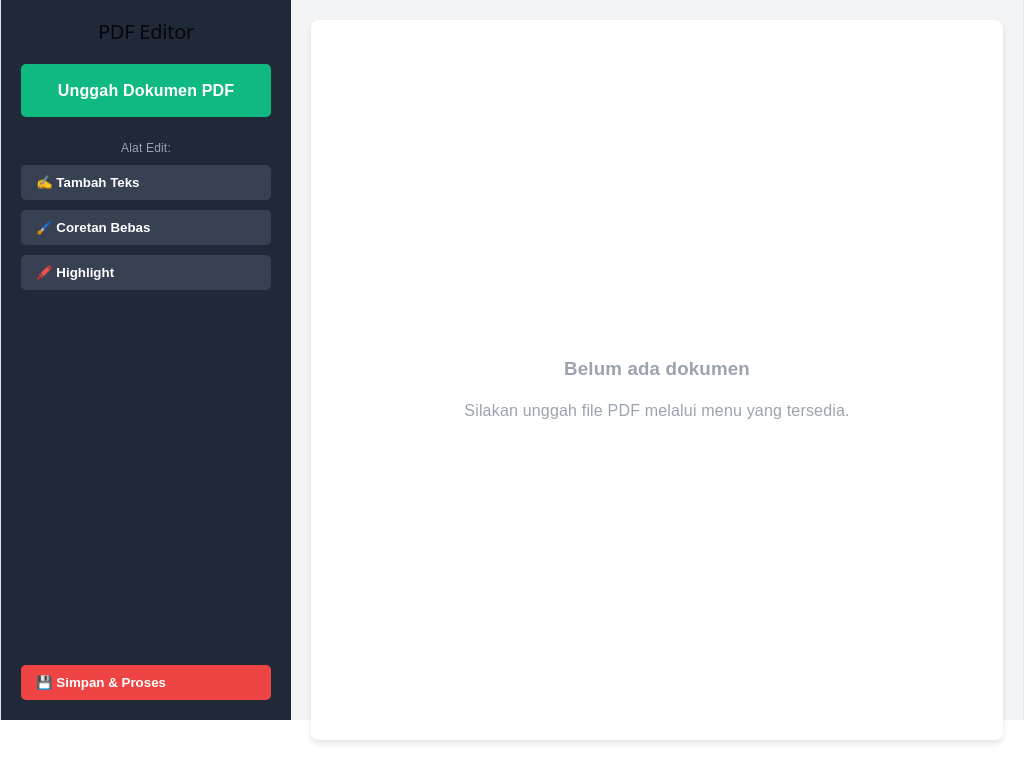
Repository: IkhsanMoekhtar/pdf_editor
Page: /
The author's editor kept a copy of each file at every save. The page is drawn from the files as they stood at one save, then again after the next save.
The browser window is 1024 px wide. The pictures show the whole page.
The project was rebuilt for these pictures with package versions that can differ from the ones it lists, and the page was loaded fresh each time. Also part of the build but not shown: vite.config.js.

Above is the page before, as saved 2026-03-18 04:41:09.

### index.html
<!doctype html>
<html lang="en">
  <head>
    <meta charset="UTF-8" />
    <link rel="icon" type="image/svg+xml" href="/favicon.svg" />
    <meta name="viewport" content="width=device-width, initial-scale=1.0" />
    <title>frontend-pdf</title>
  </head>
  <body>
    <div id="root"></div>
    <script type="module" src="/src/main.jsx"></script>
  </body>
</html>

### src/index.css
:root {
  --text: #6b6375;
  --text-h: #08060d;
  --bg: #fff;
  --border: #e5e4e7;
  --code-bg: #f4f3ec;
  --accent: #aa3bff;
  --accent-bg: rgba(170, 59, 255, 0.1);
  --accent-border: rgba(170, 59, 255, 0.5);
  --social-bg: rgba(244, 243, 236, 0.5);
  --shadow:
    rgba(0, 0, 0, 0.1) 0 10px 15px -3px, rgba(0, 0, 0, 0.05) 0 4px 6px -2px;

  --sans: system-ui, 'Segoe UI', Roboto, sans-serif;
  --heading: system-ui, 'Segoe UI', Roboto, sans-serif;
  --mono: ui-monospace, Consolas, monospace;

  font: 18px/145% var(--sans);
  letter-spacing: 0.18px;
  color-scheme: light dark;
  color: var(--text);
  background: var(--bg);
  font-synthesis: none;
  text-rendering: optimizeLegibility;
  -webkit-font-smoothing: antialiased;
  -moz-osx-font-smoothing: grayscale;

  @media (max-width: 1024px) {
    font-size: 16px;
  }
}

@media (prefers-color-scheme: dark) {
  :root {
    --text: #9ca3af;
    --text-h: #f3f4f6;
    --bg: #16171d;
    --border: #2e303a;
    --code-bg: #1f2028;
    --accent: #c084fc;
    --accent-bg: rgba(192, 132, 252, 0.15);
    --accent-border: rgba(192, 132, 252, 0.5);
    --social-bg: rgba(47, 48, 58, 0.5);
    --shadow:
      rgba(0, 0, 0, 0.4) 0 10px 15px -3px, rgba(0, 0, 0, 0.25) 0 4px 6px -2px;
  }

  #social .button-icon {
    filter: invert(1) brightness(2);
  }
}

body {
  margin: 0;
}

#root {
  width: 1126px;
  max-width: 100%;
  margin: 0 auto;
  text-align: center;
  border-inline: 1px solid var(--border);
  min-height: 100svh;
  display: flex;
  flex-direction: column;
  box-sizing: border-box;
}

h1,
h2 {
  font-family: var(--heading);
  font-weight: 500;
  color: var(--text-h);
}

h1 {
  font-size: 56px;
  letter-spacing: -1.68px;
  margin: 32px 0;
  @media (max-width: 1024px) {
    font-size: 36px;
    margin: 20px 0;
  }
}
h2 {
  font-size: 24px;
  line-height: 118%;
  letter-spacing: -0.24px;
  margin: 0 0 8px;
  @media (max-width: 1024px) {
    font-size: 20px;
  }
}
p {
  margin: 0;
}

code,
.counter {
  font-family: var(--mono);
  display: inline-flex;
  border-radius: 4px;
  color: var(--text-h);
}

code {
  font-size: 15px;
  line-height: 135%;
  padding: 4px 8px;
  background: var(--code-bg);
}

### src/App.jsx
import React, { useState } from 'react';
import './App.css'; // Mengimpor file CSS yang baru dibuat

function App() {
  const [pdfFile, setPdfFile] = useState(null);
  const [activeTool, setActiveTool] = useState(null);

  const handleFileUpload = (event) => {
    const file = event.target.files[0];
    if (file && file.type === 'application/pdf') {
      const fileUrl = URL.createObjectURL(file);
      setPdfFile(fileUrl);
    } else {
      alert("Mohon unggah file dengan format PDF.");
    }
  };

  const handleToolClick = (toolName) => {
    setActiveTool(toolName);
    if (toolName === 'save') {
      alert("Ini akan mengirim file ke backend Golang nanti!");
      setActiveTool(null);
    }
  };

  return (
    <div className="app-container">

      {/* BAGIAN SIDEBAR (Kiri di Desktop, Atas di HP) */}
      <div className="sidebar">
        <h2 style={{ margin: '0 0 20px 0', textAlign: 'center' }}>PDF Editor</h2>

        <label className="upload-label">
          Unggah Dokumen PDF
          <input type="file" accept="application/pdf" style={{ display: 'none' }} onChange={handleFileUpload} />
        </label>

        <p style={{ fontSize: '12px', color: '#9ca3af', marginBottom: '5px' }}>Alat Edit:</p>

        <div className="tools-group">
          {/* Tambahkan class 'active' jika tool sedang dipilih */}
          <button
            className={`tool-btn ${activeTool === 'text' ? 'active' : ''}`}
            onClick={() => handleToolClick('text')}
          >
            ✍️ Tambah Teks
          </button>
          <button
            className={`tool-btn ${activeTool === 'draw' ? 'active' : ''}`}
            onClick={() => handleToolClick('draw')}
          >
            🖌️ Coretan Bebas
          </button>
          <button
            className={`tool-btn ${activeTool === 'highlight' ? 'active' : ''}`}
            onClick={() => handleToolClick('highlight')}
          >
            🖍️ Highlight
          </button>
        </div>

        <button
          className="tool-btn save-btn"
          onClick={() => handleToolClick('save')}
        >
          💾 Simpan & Proses
        </button>
      </div>

      {/* BAGIAN UTAMA (Kanan di Desktop, Bawah di HP) */}
      <div className="main-content">
        <div className="viewer-container">
          {pdfFile ? (
            <iframe
              src={pdfFile}
              width="100%"
              height="100%"
              title="PDF Viewer"
              style={{ border: 'none' }}
            />
          ) : (
            <div style={{ color: '#9ca3af', textAlign: 'center', padding: '20px' }}>
              <h3>Belum ada dokumen</h3>
              <p>Silakan unggah file PDF melalui menu yang tersedia.</p>
            </div>
          )}
        </div>
      </div>

    </div>
  );
}

export default App;

### src/App.css
/* --- TATA LETAK UTAMA (DESKTOP) --- */
.app-container {
  display: flex;
  height: 100vh;
  font-family: sans-serif;
  background-color: #f3f4f6;
  flex-direction: row; /* Menyamping: Kiri sidebar, kanan viewer */
}

.sidebar {
  width: 250px;
  background-color: #1f2937;
  color: white;
  padding: 20px;
  display: flex;
  flex-direction: column;
  flex-shrink: 0;
}

.main-content {
  flex: 1;
  display: flex;
  flex-direction: column;
  padding: 20px;
  height: 100%;
}

/* --- ELEMEN DI DALAM SIDEBAR --- */
.upload-label {
  padding: 15px;
  background-color: #10b981;
  color: white;
  text-align: center;
  border-radius: 5px;
  cursor: pointer;
  font-weight: bold;
  margin-bottom: 20px;
  display: block;
}

.tools-group {
  display: flex;
  flex-direction: column;
  gap: 10px;
  margin-bottom: 20px;
}

.tool-btn {
  padding: 10px 15px;
  background-color: #374151;
  color: white;
  border: none;
  border-radius: 5px;
  cursor: pointer;
  text-align: left;
  font-weight: bold;
  transition: background 0.2s;
}

.tool-btn.active {
  background-color: #3b82f6; /* Warna biru saat alat dipilih */
}

.save-btn {
  background-color: #ef4444;
  margin-top: auto; /* Mendorong tombol ke paling bawah */
  width: 100%;
}

/* --- AREA PENAMPIL PDF --- */
.viewer-container {
  flex: 1;
  background-color: white;
  border-radius: 8px;
  box-shadow: 0 4px 6px rgba(0,0,0,0.1);
  display: flex;
  justify-content: center;
  align-items: center;
  overflow: hidden;
}

/* =========================================
   MEDIA QUERY: TATA LETAK UNTUK HP/TABLET
   ========================================= */
@media (max-width: 768px) {
  .app-container {
    flex-direction: column; /* Ubah menjadi atas-bawah */
    height: auto;
    min-height: 100vh;
  }

  .sidebar {
    width: 100%;
    padding: 15px;
    /* Menghilangkan margin auto pada save-btn agar tidak aneh di HP */
  }

  .tools-group {
    flex-direction: row; /* Susun tombol alat menyamping di HP */
    flex-wrap: wrap; /* Jika tidak muat, turun ke baris bawahnya */
  }

  .tool-btn {
    flex: 1; /* Tombol berbagi lebar rata */
    min-width: 120px;
    text-align: center;
  }

  .main-content {
    padding: 10px;
    height: 60vh; /* Memberi ruang khusus untuk penampil PDF di HP */
  }

  .save-btn {
    margin-top: 10px;
  }
}

Loaded but not shown: src/main.jsx (common file)

After the next save:
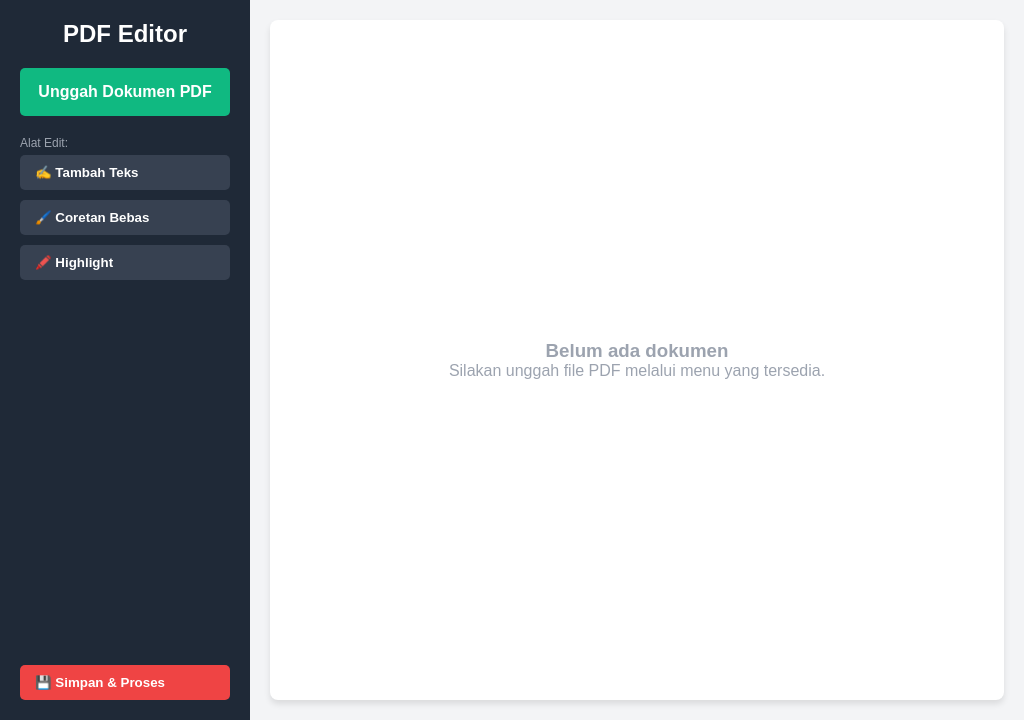
Saved 2 min 22 s later.
--- a/src/index.css
+++ b/src/index.css
@@ -1,111 +1,21 @@
-:root {
-  --text: #6b6375;
-  --text-h: #08060d;
-  --bg: #fff;
-  --border: #e5e4e7;
-  --code-bg: #f4f3ec;
-  --accent: #aa3bff;
-  --accent-bg: rgba(170, 59, 255, 0.1);
-  --accent-border: rgba(170, 59, 255, 0.5);
-  --social-bg: rgba(244, 243, 236, 0.5);
-  --shadow:
-    rgba(0, 0, 0, 0.1) 0 10px 15px -3px, rgba(0, 0, 0, 0.05) 0 4px 6px -2px;
+/* --- CSS RESET GLOBAL --- */
 
-  --sans: system-ui, 'Segoe UI', Roboto, sans-serif;
-  --heading: system-ui, 'Segoe UI', Roboto, sans-serif;
-  --mono: ui-monospace, Consolas, monospace;
-
-  font: 18px/145% var(--sans);
-  letter-spacing: 0.18px;
-  color-scheme: light dark;
-  color: var(--text);
-  background: var(--bg);
-  font-synthesis: none;
-  text-rendering: optimizeLegibility;
-  -webkit-font-smoothing: antialiased;
-  -moz-osx-font-smoothing: grayscale;
-
-  @media (max-width: 1024px) {
-    font-size: 16px;
-  }
+/* Tanda bintang (*) artinya menerapkan aturan ini ke SEMUA elemen di website */
+* {
+  margin: 0;
+  padding: 0;
+  box-sizing: border-box; /* Memastikan padding tidak menambah lebar elemen */
 }
 
-@media (prefers-color-scheme: dark) {
-  :root {
-    --text: #9ca3af;
-    --text-h: #f3f4f6;
-    --bg: #16171d;
-    --border: #2e303a;
-    --code-bg: #1f2028;
-    --accent: #c084fc;
-    --accent-bg: rgba(192, 132, 252, 0.15);
-    --accent-border: rgba(192, 132, 252, 0.5);
-    --social-bg: rgba(47, 48, 58, 0.5);
-    --shadow:
-      rgba(0, 0, 0, 0.4) 0 10px 15px -3px, rgba(0, 0, 0, 0.25) 0 4px 6px -2px;
-  }
-
-  #social .button-icon {
-    filter: invert(1) brightness(2);
-  }
+/* Memaksa elemen dasar website untuk mengambil 100% layar tanpa sisa */
+html, body, #root {
+  width: 100%;
+  height: 100%;
+  background-color: #f3f4f6; /* Warna latar belakang aplikasi kita */
 }
 
+/* Menghilangkan font default yang kaku */
 body {
-  margin: 0;
+  font-family: Inter, system-ui, Avenir, Helvetica, Arial, sans-serif;
+  -webkit-font-smoothing: antialiased;
 }
-
-#root {
-  width: 1126px;
-  max-width: 100%;
-  margin: 0 auto;
-  text-align: center;
-  border-inline: 1px solid var(--border);
-  min-height: 100svh;
-  display: flex;
-  flex-direction: column;
-  box-sizing: border-box;
-}
-
-h1,
-h2 {
-  font-family: var(--heading);
-  font-weight: 500;
-  color: var(--text-h);
-}
-
-h1 {
-  font-size: 56px;
-  letter-spacing: -1.68px;
-  margin: 32px 0;
-  @media (max-width: 1024px) {
-    font-size: 36px;
-    margin: 20px 0;
-  }
-}
-h2 {
-  font-size: 24px;
-  line-height: 118%;
-  letter-spacing: -0.24px;
-  margin: 0 0 8px;
-  @media (max-width: 1024px) {
-    font-size: 20px;
-  }
-}
-p {
-  margin: 0;
-}
-
-code,
-.counter {
-  font-family: var(--mono);
-  display: inline-flex;
-  border-radius: 4px;
-  color: var(--text-h);
-}
-
-code {
-  font-size: 15px;
-  line-height: 135%;
-  padding: 4px 8px;
-  background: var(--code-bg);
-}
